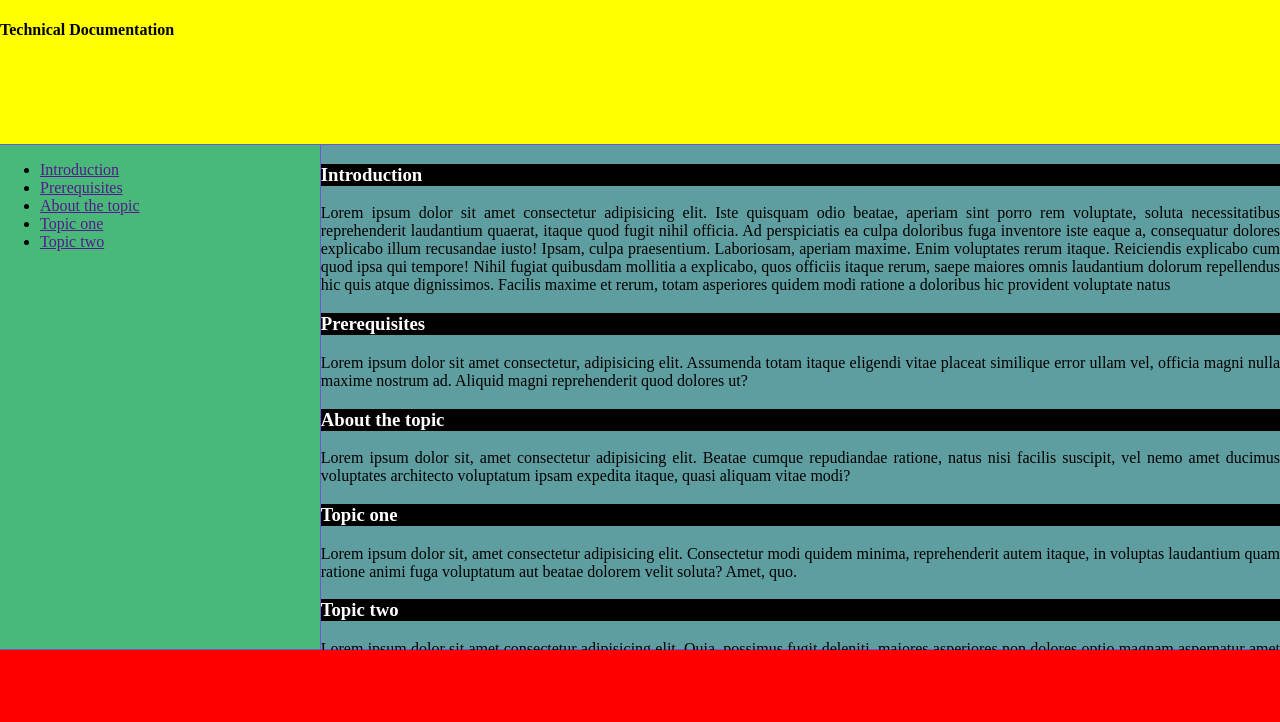
Repository: JoaoLemesDEV/Excercise-Tech-Documentation-Page
Page: index.html
An editor plug-in stored every save of this project. The page is shown before and after the next save, followed by the edit.
The browser window is 1280 px wide. The pictures show the whole page.

Above is the page before, as saved 2021-10-03 22:08:18.

After the next save:
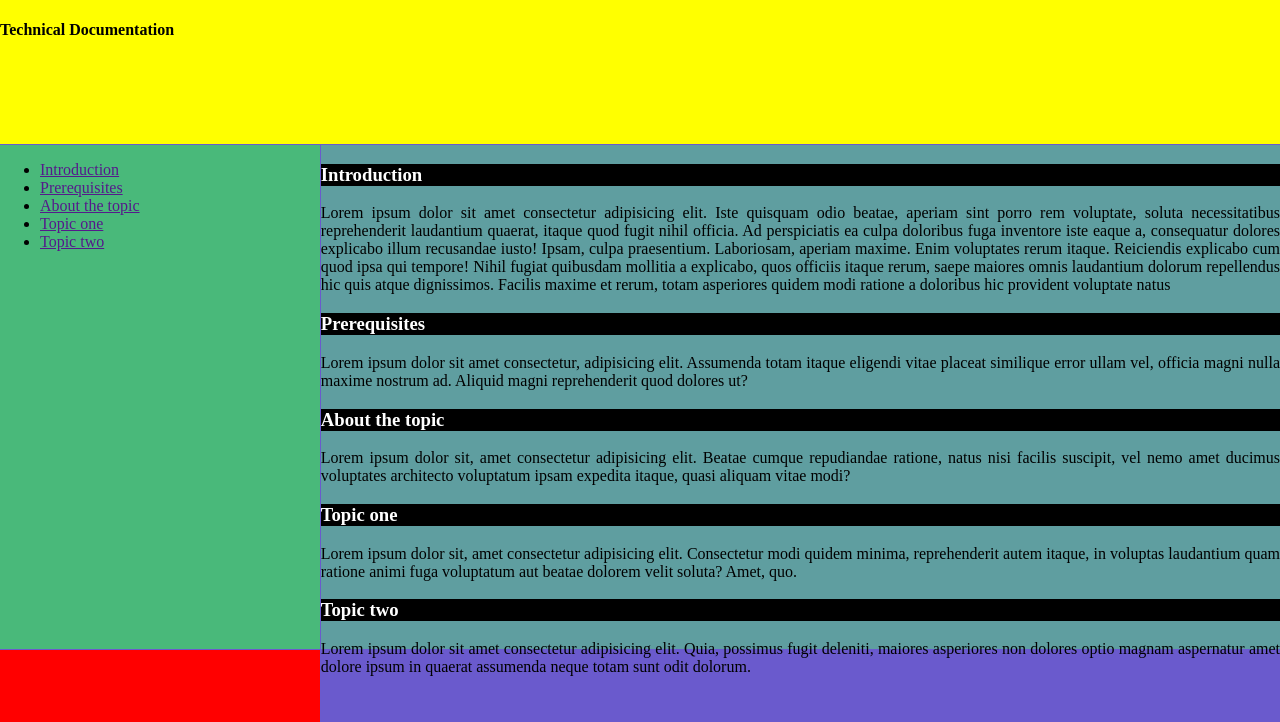
Saved 4 s later.
--- a/index.css
+++ b/index.css
@@ -30,5 +30,5 @@
 
 footer {
   background-color: red;
-  grid-area: f;
+  grid-area: f f;
 }

After the save that followed:
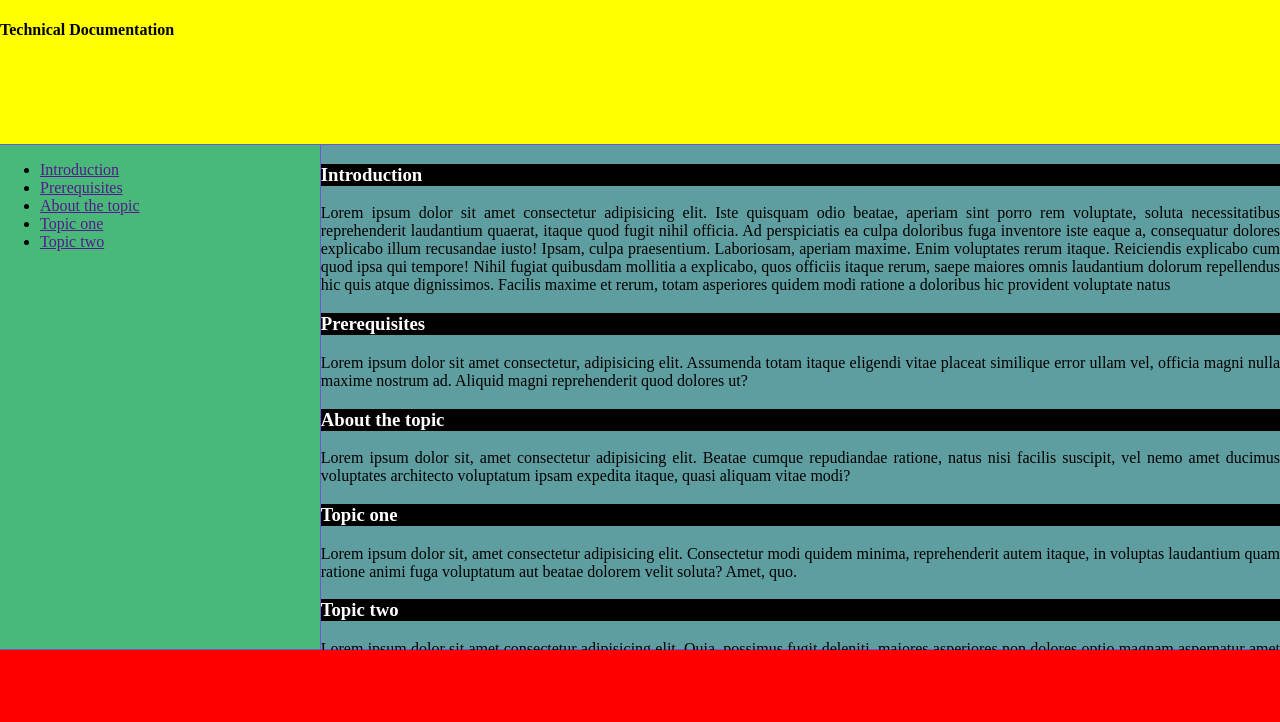
Saved 4 s later.
--- a/index.css
+++ b/index.css
@@ -30,5 +30,5 @@
 
 footer {
   background-color: red;
-  grid-area: f f;
+  grid-area: f;
 }
